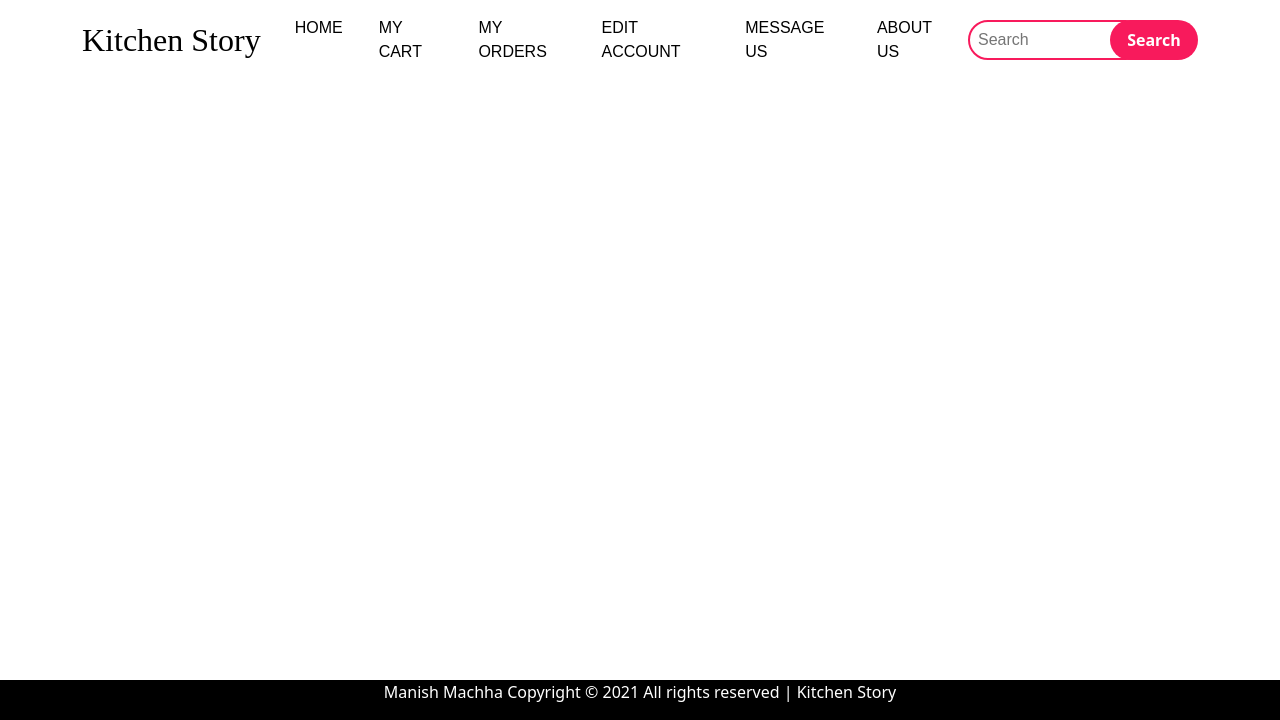
Repository: manishmachha/project-kitchenStory
Page: http://localhost/Phase_4_Kitchen_Story/home.jsp
An editor plug-in stored every save of this project. The page is shown before and after the next save, followed by the edit.
The browser window is 1280 px wide. The pictures show the whole page.
Some web fonts or font styles are not loaded; a fallback is used. Some web libraries are served in a nearby version. The page is served by Tomcat 10. The session is filled in as if someone had signed in: {"email": "test@example.com"}. Other server files are loaded and not shown.

Above is the page before, as saved 2022-03-08 05:19:09.

### Phase 4 Kitchen Story/src/main/webapp/home.jsp
<%@ page language="java" contentType="text/html; charset=ISO-8859-1" pageEncoding="ISO-8859-1"%>
<%@include file="header.jsp"%>
<%@include file="footer.jsp"%>
<!DOCTYPE html>
<html>
<head>
<meta charset="ISO-8859-1">
<title>Insert title here</title>
</head>
<body>

</body>
</html>

### Phase 4 Kitchen Story/src/main/webapp/header.jsp
<%@ page language="java" contentType="text/html; charset=ISO-8859-1"
	pageEncoding="ISO-8859-1"%>
<!DOCTYPE html>
<html>
<head>
<!-- Required meta tags -->
    <meta charset="utf-8">
    <meta name="viewport" content="width=device-width, initial-scale=1">

    <!-- Font Family -->
    <link rel="preconnect" href="https://fonts.googleapis.com">
    <link rel="preconnect" href="https://fonts.gstatic.com" crossorigin>
    <link href="https://fonts.googleapis.com/css2?family=Lobster&display=swap" rel="stylesheet">

    <!-- Bootstrap CSS -->
    <link href="https://cdn.jsdelivr.net/npm/bootstrap@5.0.2/dist/css/bootstrap.min.css" rel="stylesheet" integrity="sha384-EVSTQN3/azprG1Anm3QDgpJLIm9Nao0Yz1ztcQTwFspd3yD65VohhpuuCOmLASjC" crossorigin="anonymous">
    <link rel="stylesheet" href="css/indexStyle.css">

    <!-- font awesome -->
    <script src="https://kit.fontawesome.com/c26cd2166c.js"></script>
    <title>Kitchen Story | Home</title>
</head>
<nav class="navbar navbar-expand-lg">
	<div class="container">
		<a class="navbar-brand" href="#">Kitchen Story</a>
		<button class="navbar-toggler" type="button" data-bs-toggle="collapse"
			data-bs-target="#navbarScroll" aria-controls="navbarScroll"
			aria-expanded="false" aria-label="Toggle navigation">
			<span class="navbar-toggler-icon"></span>
		</button>
		<div class="collapse navbar-collapse" id="navbarScroll">
			<ul class="navbar-nav m-auto my-2 my-lg-0">
				<li class="nav-item"><a class="nav-link active" href="home.jsp">Home</a>
				</li>
				<li class="nav-item"><a class="nav-link" href="#trending">My
						Cart</a></li>
				<li class="nav-item"><a class="nav-link" href="#store"> My
						Orders </a></li>
				<li class="nav-item"><a class="nav-link" href="#">Edit
						Account</a></li>
				<li class="nav-item"><a class="nav-link" href="#">Message
						Us</a></li>
				<li class="nav-item"><a class="nav-link" href="index.jsp#aboutUs">About Us</a>
				</li>
			</ul>
			<form class="d-flex">
				<input class="px-2 search" type="search" placeholder="Search"
					aria-label="Search">
				<button class="btn0" type="submit">Search</button>
			</form>
		</div>
	</div>
</nav>

### Phase 4 Kitchen Story/src/main/webapp/footer.jsp
<div class="footer">
		<p class="text-center">Manish Machha Copyright &#169 2021 All
			rights reserved | Kitchen Story</p>
	</div>

### Phase 4 Kitchen Story/src/main/webapp/css/indexStyle.css
* {
	padding: 0;
	margin: 0;
	box-sizing: border-box;
}

.navbar-brand {
	font-size: 2rem;
	color: black;
	font-family: 'Lobster', cursive;
}

.navbar-brand:hover {
	color: black;
}

.nav-link {
	margin-right: 10px;
	margin-left: 10px;
	color: black;
	font-family: 'Rubik', sans-serif;
	text-transform: uppercase;
}

.nav-link:hover {
	color: black;
}

.search {
	height: 40px;
	width: 80%;
	border-radius: 60px;
	outline: none;
	margin-right: -35px;
	font-family: 'Rubik', sans-serif;
	border: 2px solid rgb(248, 26, 92);
}

.btn0 {
	height: 40px;
	width: 40%;
	outline: none;
	border: none;
	background: rgb(248, 26, 92);
	color: white;
	border-radius: 60px;
	font-weight: 700;
}

.main {
	background: url(images/lunch.jpg) no-repeat;
	background-size: cover;
	height: 100vh;
	background-position: 50% 50%;
	width: 100%;
}

.main h1 {
	font-size: 4rem;
	font-weight: 700;
}

.btn1 {
	height: 45px;
	width: 35%;
	border: none;
	outline: none;
	background-color: rgb(248, 26, 92);
	color: white;
	font-weight: 700;
	border-radius: 60px;
}

.btn1:hover {
	background-color: rgb(255, 41, 41);
	transition: 0.5s;
}

.btn0:hover {
	background-color: rgb(255, 41, 41);
	transition: 0.5s;
}

h1 {
	font-weight: 700;
}

.card:hover {
	box-shadow: -2px 0px 26px -4px rgba(0, 0, 0, 0.75);
	-webkit-box-shadow: -2px 0px 26px -4px rgba(0, 0, 0, 0.75);
	-moz-box-shadow: -2px 0px 26px -4px rgba(0, 0, 0, 0.75);
	transition: 0.5s;
}

img {
	border-radius: 10px;
}

.col:hover {
	box-shadow: -2px 0px 26px -4px rgba(0, 0, 0, 0.75);
	-webkit-box-shadow: -2px 0px 26px -4px rgba(0, 0, 0, 0.75);
	-moz-box-shadow: -2px 0px 26px -4px rgba(0, 0, 0, 0.75);
	transition: 0.5s;
}

.quote {
	border-radius: 40px;
	background: linear-gradient(rgba(0, 0, 0, 0.2), rgba(0, 0, 0, 0.2)),
		url(images/quote-bg.jpg) no-repeat;
	background-size: cover;
	height: 80vh;
	width: 100%;
}

.quote h1 {
	font-family: 'Lobster', cursive;
	color: bisque;
}

.quote h6 {
	color: bisque;
}

.news {
	background-color: black;
	color: white;
}

.news h1 {
	font-family: 'Lobster', cursive;
}

.fab {
	font-size: 2.5rem;
	cursor: pointer;
	padding-right: 10px;
}

.footer {
	position: fixed;
	left: 0;
	bottom: 0;
	width: 100%;
	background-color: black;
	color: white;
	text-align: center;
}

After the next save:
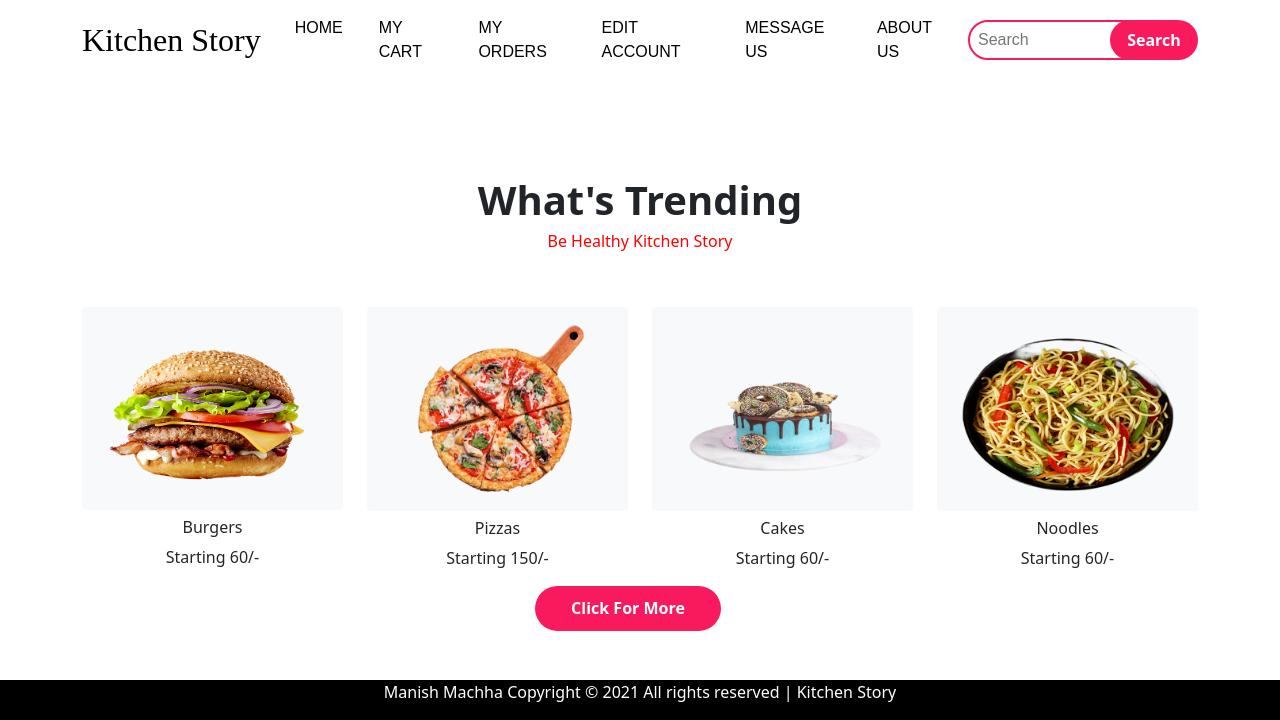
Saved 2 min 34 s later.
--- a/Phase 4 Kitchen Story/src/main/webapp/home.jsp
+++ b/Phase 4 Kitchen Story/src/main/webapp/home.jsp
@@ -8,6 +8,57 @@
 <title>Insert title here</title>
 </head>
 <body>
-
+<section class="product">
+        <div class="container py-5">
+            <div class="row py-5">
+                <div class="col-lg-5 m-auto text-center ">
+                    <h1 id="trending">What's Trending</h1>
+                    <h6 style="color: red;">Be Healthy Kitchen Story</h6>
+                </div>
+            </div>
+            <div class="row">
+                <div class="col-lg-3 text-center">
+                    <div class="card border-0 bg-light mb-2">
+                        <div class="card-body">
+                            <img src="images/burger-trending.png" class="img-fluid">
+                        </div>
+                    </div>
+                    <h6>Burgers</h6>
+                    <p>Starting 60/-</p>
+                </div>
+                <div class="col-lg-3 text-center">
+                    <div class="card border-0 bg-light mb-2">
+                        <div class="card-body">
+                            <img src="images/pizza-trending.png" height="500px" class="img-fluid">
+                        </div>
+                    </div>
+                    <h6>Pizzas</h6>
+                    <p>Starting 150/-</p>
+                </div>
+                <div class="col-lg-3 text-center">
+                    <div class="card border-0 bg-light mb-2">
+                        <div class="card-body">
+                            <img src="images/cake-trending.png" class="img-fluid">
+                        </div>
+                    </div>
+                    <h6>Cakes</h6>
+                    <p>Starting 60/-</p>
+                </div>
+                <div class="col-lg-3 text-center">
+                    <div class="card border-0 bg-light mb-2">
+                        <div class="card-body">
+                            <img src="images/noodles-trending.png" class="img-fluid">
+                        </div>
+                    </div>
+                    <h6>Noodles</h6>
+                    <p>Starting 60/-</p>
+                </div>
+                <div class="row">
+                    <div class="col-lg-6 text-center m-auto">
+                        <button class="btn1">Click For More</button>
+                    </div>
+                </div>
+            </div>
+    </section>
 </body>
 </html>
